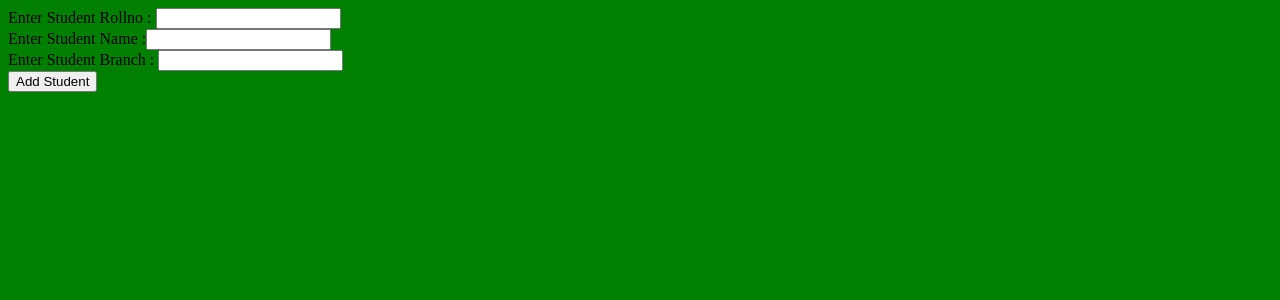
Repository: chinthaginjalabhuvan/Java
Page: ServletRealTimeProject/src/main/webapp/index.html
These files come from the project's save history. The page is drawn as it stood at one moment and after the next save; the edit follows.
The browser window is 1280 px wide. The pictures show the whole page.

Above is the page before, as saved 2025-06-04 09:00:06.

### ServletRealTimeProject/src/main/webapp/index.html
<html>

<body bgcolor="green">

<form action="./add">
Enter Student Rollno : <input type="text" name="rollno"/><br/>
Enter Student Name :<input type="text" name="name"/><br/>
Enter Student Branch : <input type="text" name="branch"/><br/>
<button type="submit">Add Student</button>
</form>

</body>

</html>

After the next save:
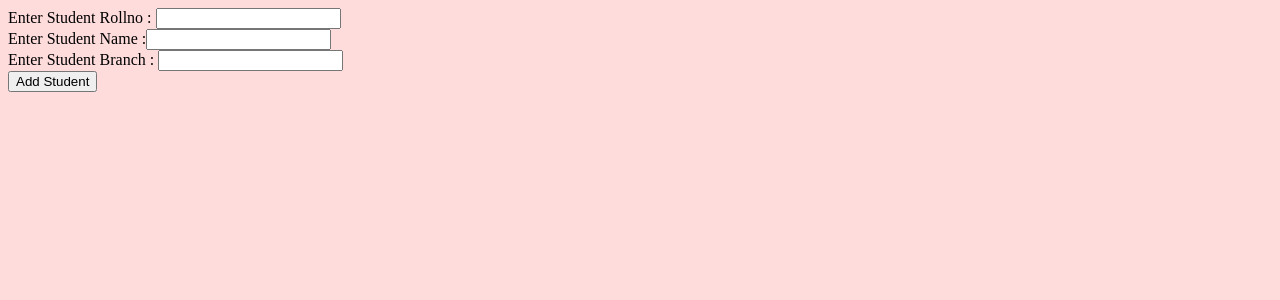
Saved 60 s later.
--- a/ServletRealTimeProject/src/main/webapp/index.html
+++ b/ServletRealTimeProject/src/main/webapp/index.html
@@ -1,6 +1,6 @@
 <html>
 
-<body bgcolor="green">
+<body bgcolor="FFDCDC">
 
 <form action="./add">
 Enter Student Rollno : <input type="text" name="rollno"/><br/>
